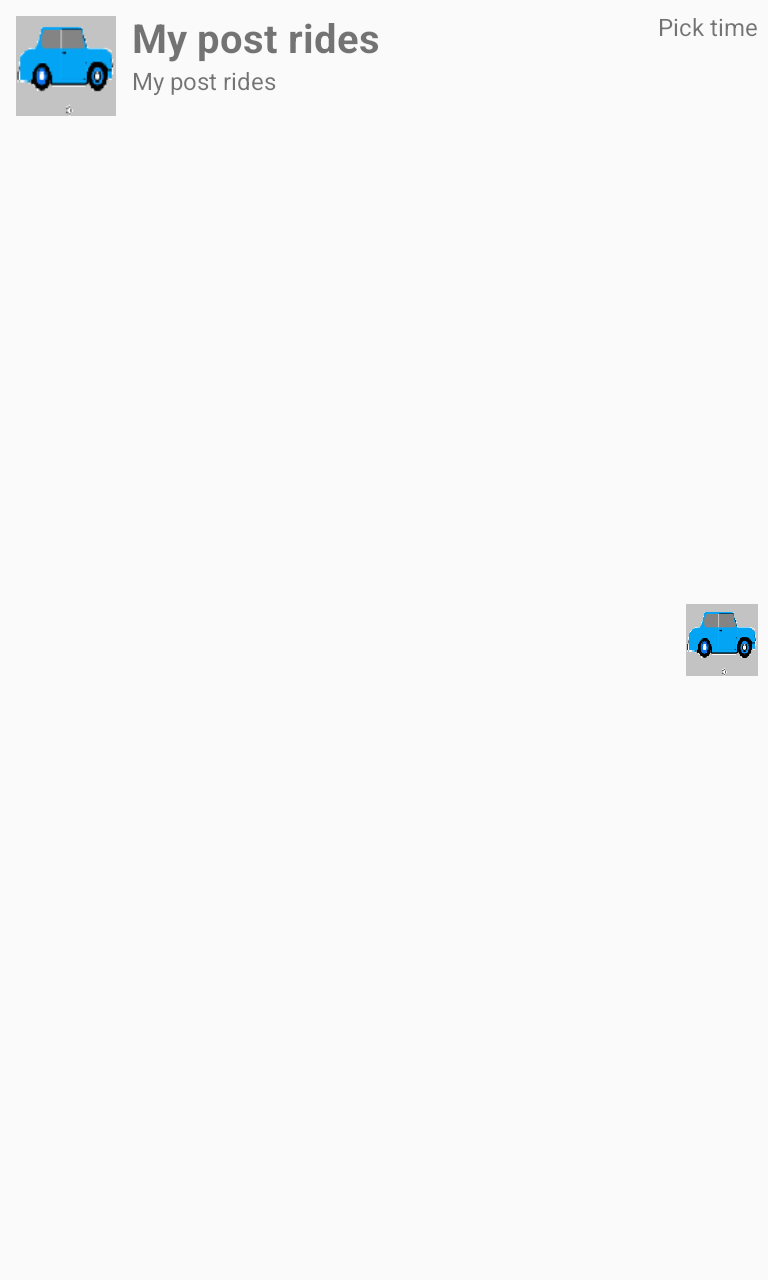
Repository: bwoldemi/LilyTrans
Layout: TransLily/res/layout/ask_ride_list_view.xml
An editor plug-in stored every save of this project. The layout is shown before and after the next save, followed by the edit.
It is drawn on a 768 x 1280 px phone screen (xhdpi) without system bars, with theme AppTheme; the app's code is not run.

Above is the layout before, as saved 2014-11-08 13:10:51.

After the next save:
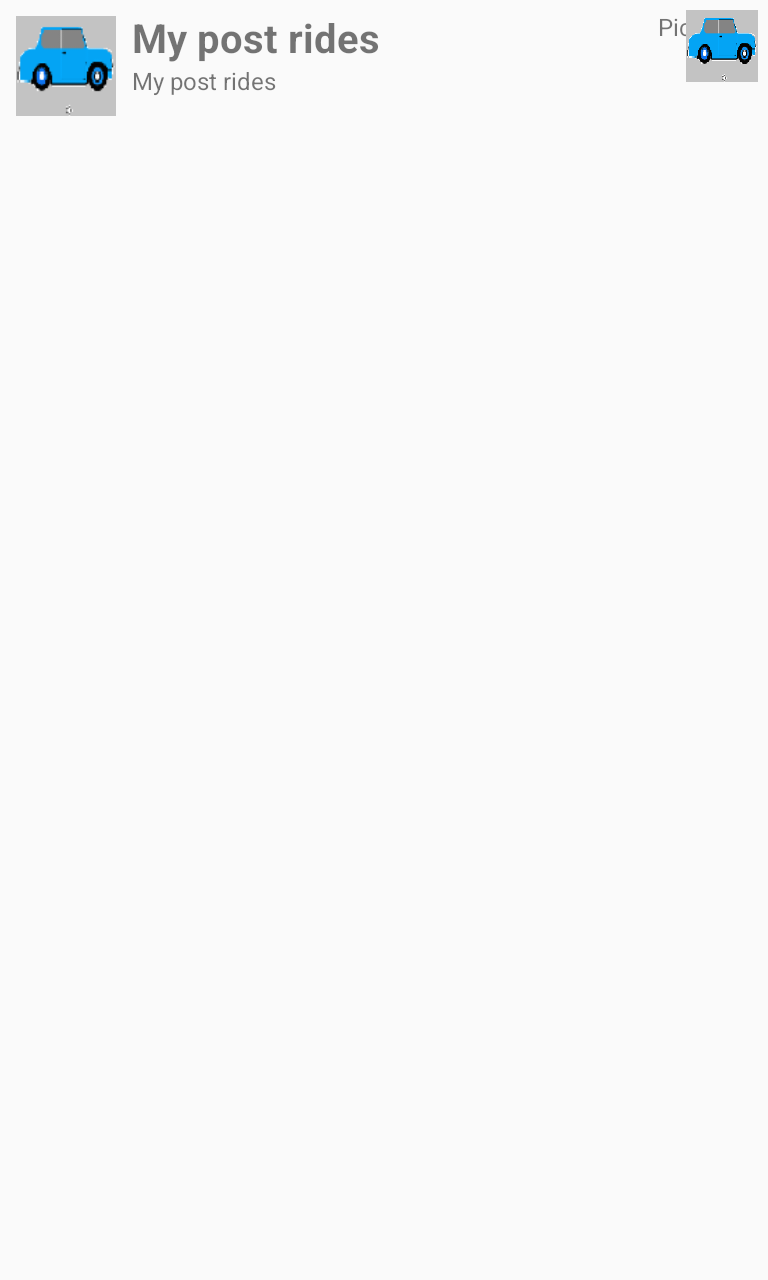
Saved 4 min 49 s later.
--- a/TransLily/res/layout/ask_ride_list_view.xml
+++ b/TransLily/res/layout/ask_ride_list_view.xml
@@ -53,7 +53,7 @@
         android:layout_width="wrap_content"
         android:layout_height="wrap_content"
         android:layout_alignParentRight="true"
-        android:layout_centerVertical="true"
+
         android:src="@drawable/ic_launcher" />
 
 </RelativeLayout>

After the save that followed:
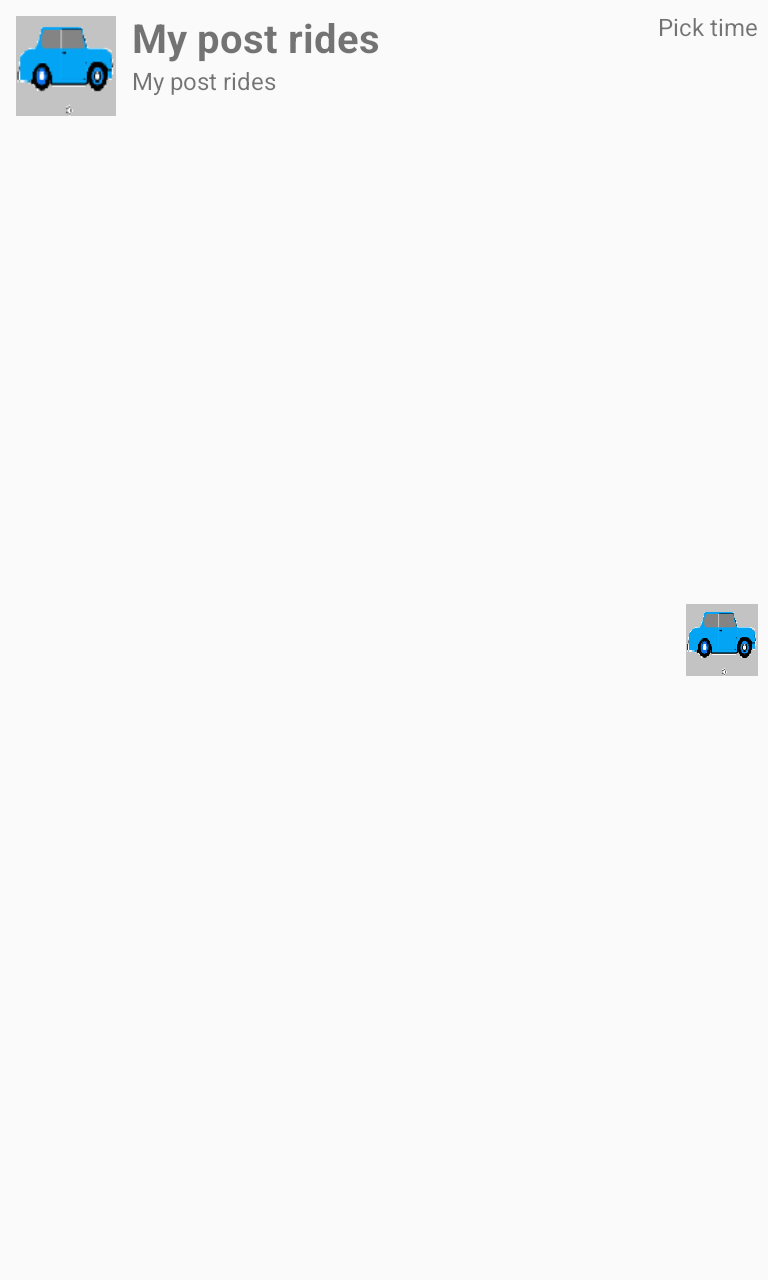
Saved 98 s later.
--- a/TransLily/res/layout/ask_ride_list_view.xml
+++ b/TransLily/res/layout/ask_ride_list_view.xml
@@ -1,7 +1,7 @@
 <?xml version="1.0" encoding="utf-8"?>
 <RelativeLayout xmlns:android="http://schemas.android.com/apk/res/android"
     android:layout_width="match_parent"
-    android:layout_height="match_parent"
+    android:layout_height="wrap_content"
     android:padding="5dp" >
 
     <LinearLayout
@@ -53,7 +53,7 @@
         android:layout_width="wrap_content"
         android:layout_height="wrap_content"
         android:layout_alignParentRight="true"
-
+     	   android:layout_centerVertical="true"
         android:src="@drawable/ic_launcher" />
 
 </RelativeLayout>
